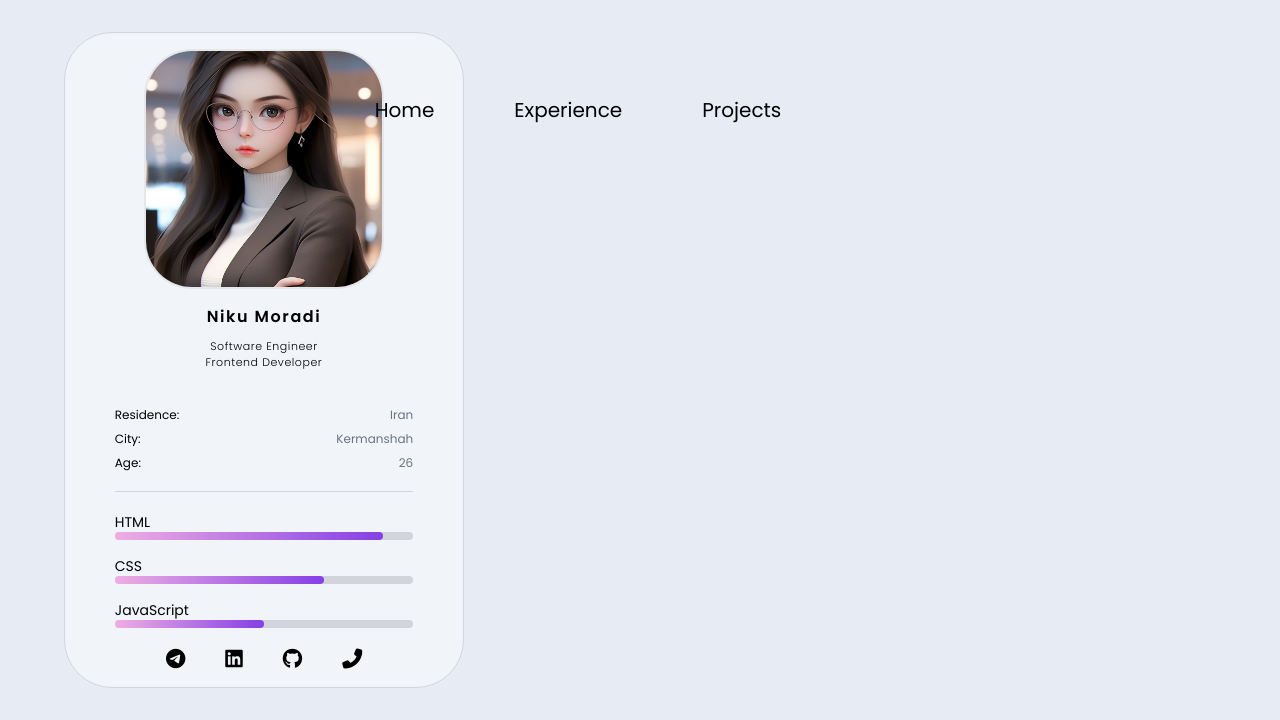
Repository: NikuMoradi/niku-moradi
Page: /
The author's editor kept a copy of each file at every save. The page is drawn from the files as they stood at one save, then again after the next save.
The browser window is 1280 px wide. The pictures show the whole page.
The project was rebuilt for these pictures with package versions that can differ from the ones it lists, and the page was loaded fresh each time. The framework's server and built-in components were replaced by stand-ins that run in the browser. Also part of the build but not shown: nuxt.config.ts, components/Blog Posts/Component-Design.vue, components/Blog.vue, components/Contact.vue, components/Education.vue, components/Experience.vue, components/Hero.vue, components/Menu.vue and 3 more.

Above is the page before, as saved 2024-12-01 11:46:06.

### assets/css/main.css
@tailwind base;
@tailwind components;
@tailwind utilities;
@layer base {
  body {
    background-color: #e6ebf4;
  }
}

@layer utilities {
  .bg-primary-gradient {
    background: linear-gradient(
      90deg,
      rgba(238, 174, 227, 1) 0%,
      rgb(133, 63, 230) 100%
    );
  }

  .text-primary-gradient {
    background: linear-gradient(
      90deg,
      rgba(238, 174, 227, 1) 0%,
      rgb(133, 63, 230) 100%
    );
  }
}

### components/LeftPanel.vue
<template>
  <div
    class="text-black w-[400px] flex flex-col items-center bg-slate-100 border border-gray-300 rounded-4xl"
    style="height: calc(100vh - 4rem)"
  >
    <!-- Header-->
    <div class="w-full py-4 flex flex-col items-center justify-center">
      <img
        src="../assets/img/photo_2024-11-28_10-37-05.jpg"
        alt="Profile Picture"
        class="w-60 h-60 mb-5 border-2 object-cover object-center rounded-4xl"
      />
      <h2
        class="text-[16px] font-semibold tracking-widest leading-[16.8px] mb-3"
      >
        Niku Moradi
      </h2>
      <p class="text-[11px] font-light tracking-wider leading-[16.5px]">
        Software Engineer
      </p>
      <p class="text-[11px] font-light tracking-wider leading-[16.5px]">
        Frontend Developer
      </p>
    </div>

    <!-- middle -->
    <div class="w-3/4 flex flex-col overflow-y-auto scrollbar-hide">
      <!-- table -->
      <div class="py-5 text-xs border-b border-gray-300 mb-5">
        <ul class="space-y-2">
          <li class="flex justify-between">
            <h6>Residence:</h6>
            <span class="text-gray-500">Iran</span>
          </li>
          <li class="flex justify-between">
            <h6>City:</h6>
            <span class="text-gray-500">Kermanshah</span>
          </li>
          <li class="flex justify-between">
            <h6>Age:</h6>
            <span class="text-gray-500">26</span>
          </li>
        </ul>
      </div>
      <!-- Skill Bars -->
      <div class="space-y-4 pb-5 border-b border-gray-300 mb-5">
        <div>
          <label class="block text-sm">HTML</label>
          <div class="w-full bg-gray-300 h-2 rounded-full">
            <div class="bg-primary-gradient h-2 rounded-full w-[90%]"></div>
          </div>
        </div>
        <div>
          <label class="block text-sm">CSS</label>
          <div class="w-full bg-gray-300 h-2 rounded-full">
            <div class="bg-primary-gradient h-2 rounded-full w-[70%]"></div>
          </div>
        </div>
        <div>
          <label class="block text-sm">JavaScript</label>
          <div class="w-full bg-gray-300 h-2 rounded-full">
            <div class="bg-primary-gradient h-2 rounded-full w-[50%]"></div>
          </div>
        </div>
        <div>
          <label class="block text-sm">Vue.js</label>
          <div class="w-full bg-gray-300 h-2 rounded-full">
            <div class="bg-primary-gradient h-2 rounded-full w-[50%]"></div>
          </div>
        </div>
        <div>
          <label class="block text-sm">Nuxt.js</label>
          <div class="w-full bg-gray-300 h-2 rounded-full">
            <div class="bg-primary-gradient h-2 rounded-full w-[40%]"></div>
          </div>
        </div>
        <div>
          <label class="block text-sm">Quasar</label>
          <div class="w-full bg-gray-300 h-2 rounded-full">
            <div class="bg-primary-gradient h-2 rounded-full w-[70%]"></div>
          </div>
        </div>
        <div>
          <label class="block text-sm">Tailwind</label>
          <div class="w-full bg-gray-300 h-2 rounded-full">
            <div class="bg-primary-gradient h-2 rounded-full w-[60%]"></div>
          </div>
        </div>
      </div>
      <!-- General Skills -->
      <ul
        class="text-gray-500 text-[11px] font-light tracking-wider space-y-2 mb-5"
      >
        <li class="flex items-center">
          <i class="fas fa-check fa-xs text-fuchsia-600 mr-2"></i>
          English Level B2
        </li>
        <li class="flex items-center">
          <i class="fas fa-check fa-xs text-fuchsia-600 mr-2"></i>
          Git Knowledge
        </li>
        <li class="flex items-center">
          <i class="fas fa-check fa-xs text-fuchsia-600 mr-2"></i>
          Design Patterns
        </li>
      </ul>
    </div>

    <!-- Social Links -->
    <div class="w-full py-4 text-center mt-auto">
      <div class="space-x-10">
        <a
          href="https://t.me/yourusername"
          target="_blank"
          class="hover:text-blue-400"
        >
          <i class="fab fa-telegram fa-lg"></i>
        </a>
        <a
          href="https://linkedin.com/in/yourusername"
          target="_blank"
          class="hover:text-blue-600"
        >
          <i class="fab fa-linkedin fa-lg"></i>
        </a>
        <a
          href="https://github.com/yourusername"
          target="_blank"
          class="hover:text-gray-700"
        >
          <i class="fab fa-github fa-lg"></i>
        </a>
        <a href="tel:+1234567890" class="hover:text-green-400">
          <i class="fas fa-phone-alt fa-lg"></i>
        </a>
      </div>
    </div>
  </div>
</template>

### components/Navbar.vue
<template>
  <div
    class="flex items-center px-3 py-1 space-x-12 fixed top-20 right-20 w-2/3"
  >
    <!-- About -->

    <NuxtLink
      to="/about"
      class="py-3 px-4 text-xl"
      exact-active-class="border border-gray-400 rounded-3xl font-semibold tracking-wide text-zinc-800"
    >
      Home
    </NuxtLink>

    <!-- Experience -->
    <NuxtLink
      to="/experience"
      class="py-3 px-4 text-xl"
      exact-active-class="border border-gray-400 rounded-3xl font-semibold tracking-wide text-zinc-800"
    >
      Experience
    </NuxtLink>

    <!-- Projects -->
    <NuxtLink
      to="/projects"
      class="py-3 px-4 text-xl"
      exact-active-class="border border-gray-400 rounded-3xl font-semibold tracking-wide text-zinc-800"
    >
      Projects
    </NuxtLink>
    <!-- Blog -->
  </div>
</template>

### layouts/default.vue
<template>
  <div class="w-6xl min-h-screen flex items-center px-16">
    <LeftPanel />
    <Navbar />
    <!-- Fixed Width Centered Card -->
    <!-- <div
      class="w-full max-w-5xl overflow-hidden z-10"
      style="height: calc(100vh)"
    > -->
    <!-- Scrollable Content -->
    <!-- <div class="overflow-y-auto h-full scrollbar-hide"> -->
    <NuxtPage />
    <!-- </div> -->
    <!-- </div> -->
  </div>
</template>

<style scoped></style>

### app.vue
<!-- The app.vue is just holding the layout container and serving as the root.
 The default.vue layout handles the overall structure of the page.
All content from your pages will automatically be placed inside the NuxtPage slot of the layout.-->
<template>
  <NuxtLayout />
</template>

### pages/index.vue
<template></template>

<style></style>

### tailwind.config.js
/** @type {import('tailwindcss').Config} */
export default {
  content: [
    "./components/**/*.{js,vue,ts}",
    "./layouts/**/*.vue",
    "./pages/**/*.vue",
    "./plugins/**/*.{js,ts}",
    "./app.vue",
    "./error.vue",
  ],
  theme: {
    extend: {
      fontFamily: {
        sans: ["Poppins", "sans-serif"],
      },
      borderRadius: {
        "4xl": "3rem", // Custom rounded size
      },
    },
  },
  plugins: [require("tailwind-scrollbar-hide")],
};

Loaded but not shown: plugins/aos.client.js (no copy from this time; the picture is the same without it)

After the next save:
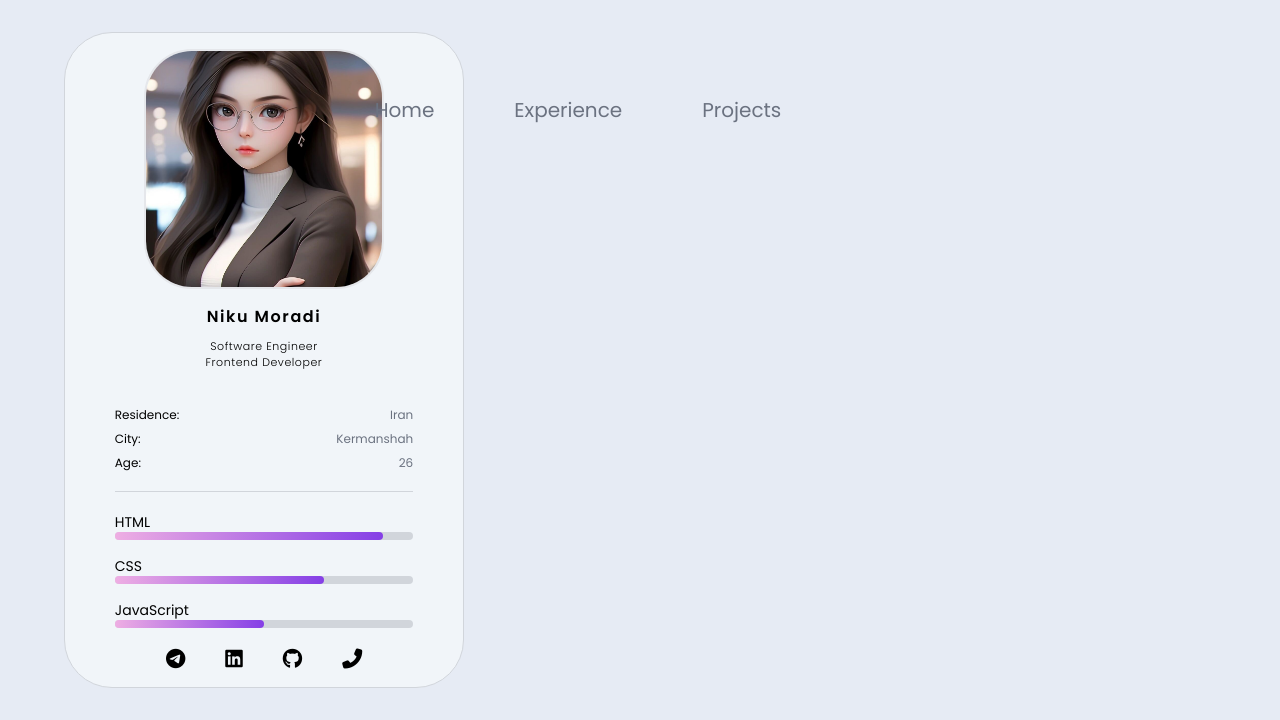
Saved 2 min 38 s later.
--- a/components/Navbar.vue
+++ b/components/Navbar.vue
@@ -6,7 +6,7 @@
 
     <NuxtLink
       to="/about"
-      class="py-3 px-4 text-xl"
+      class="py-3 px-4 text-xl text-gray-500"
       exact-active-class="border border-gray-400 rounded-3xl font-semibold tracking-wide text-zinc-800"
     >
       Home
@@ -15,7 +15,7 @@
     <!-- Experience -->
     <NuxtLink
       to="/experience"
-      class="py-3 px-4 text-xl"
+      class="py-3 px-4 text-xl text-gray-500"
       exact-active-class="border border-gray-400 rounded-3xl font-semibold tracking-wide text-zinc-800"
     >
       Experience
@@ -24,7 +24,7 @@
     <!-- Projects -->
     <NuxtLink
       to="/projects"
-      class="py-3 px-4 text-xl"
+      class="py-3 px-4 text-xl text-gray-500"
       exact-active-class="border border-gray-400 rounded-3xl font-semibold tracking-wide text-zinc-800"
     >
       Projects
